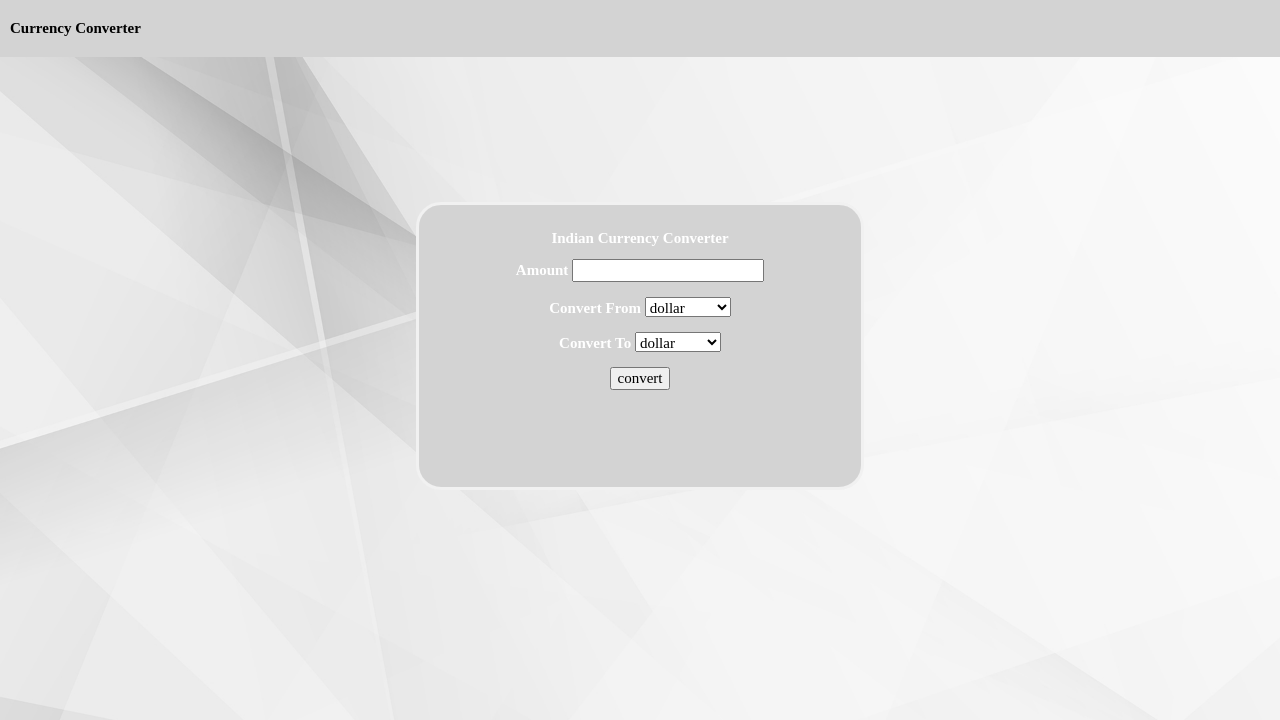
Repository: saitejamada/SpringBoot2
Page: http://localhost/Homepage
These files come from the project's save history. The page is drawn as it stood at one moment and after the next save; the edit follows.
The browser window is 1280 px wide. The pictures show the whole page.
The page is this project's Thymeleaf template; nobody is signed in. The template is opened directly, without the code that normally fills it, so the values that code supplies are empty.

Above is the page before, as saved 2022-05-19 11:53:07.

### CurrencyConverter/src/main/resources/templates/Homepage.html
<!DOCTYPE html>
<html lang="en" xmlns:th="https://www.thymeleaf.org">
<head>
<meta charset="ISO-8859-1">
<title>Insert title here</title>
<style>
#super{display:flex;background-color: lightgrey}
#super div{margin:10px}
body{background:url("../img/bg.jpg"); background-repeat:no-repeat;background-position:inherit;background-size:cover; margin:0px;padding:0px}
*{font-size:15px;font-family: cursive; box-sizing: border-box;text-decoration: none}
.bg-text {
color:rgb(255, 255, 255);
font-weight: bold;
border: 3px solid #f1f1f1;
border-radius:25px;
position: absolute;
top: 48%;
left: 50%;
transform: translate(-50%, -50%);
z-index: 2;
height:40%;
width: 35%;
padding: 10px;
text-align: center;
background-color:lightgrey;
}
.bg-text div {margin:15px;}

</style>
</head>
<body>

<div id="super">
<div>
<h1>Currency Converter</h1>
</div>
</div>
<div class="bg-text">

	<form action="#" th:action="@{/convert}" th:object="${user}" >
	 <div class="mb-3">
	<h2>Indian Currency Converter</h2>
    <label for="currency1" class="form-label">Amount</label>
    <input type="number" th:field="*{currency1}" class="form-control" id="exampleInputEmail1" aria-describedby="emailHelp">
    <div class="mb-3">
    <label class="form-label">Convert From</label>
   <select th:field="*{from}">
   <option th:value="dollar" th:text="dollar"></option>
   <option th:value="dollar" th:text="dollar"></option>
   <option th:value="pound" th:text="pound"></option>
   <option th:value="rubel" th:text="rubel"></option>
    <option th:value="newshekel" th:text="newshekel"></option>
   <option th:value=" swissfranc" th:text="swissfranc"></option>
   <option th:value="rupee" th:text="rupee"></option>
   </select>
  </div>
    <div class="mb-3">
    <label class="form-label">Convert To</label>
   <select th:field="*{currencyname}">
   <option th:value="dollar" th:text="dollar"></option>
   <option th:value="pound" th:text="pound"></option>
   <option th:value="rubel" th:text="rubel"></option>
    <option th:value="newshekel" th:text="newshekel"></option>
   <option th:value=" swissfranc" th:text="swissfranc"></option>
    <option th:value="rupee" th:text="rupee"></option>
   </select>
  </div>
  <button type="submit" class="btn btn-primary">convert</button>
  </div>
</form>
<p th:text="${result}"></p>
</div>

</body>
</html>

After the next save:
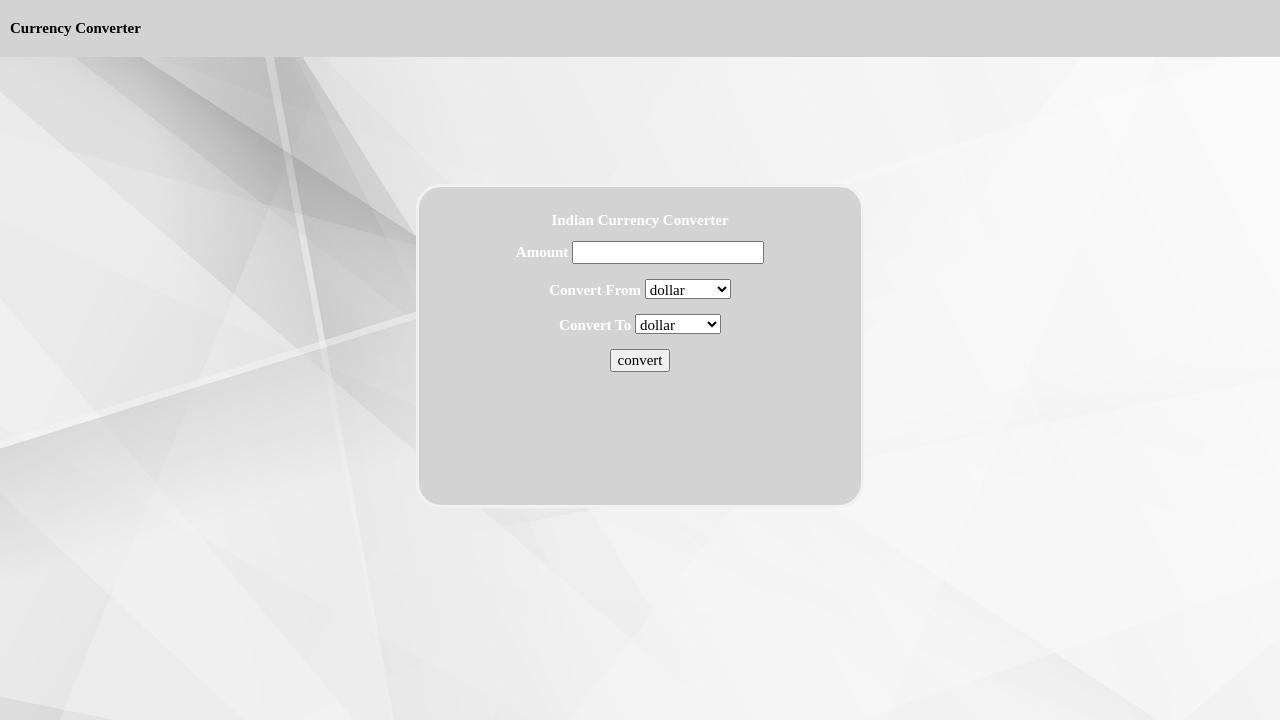
Saved 31 s later.
--- a/CurrencyConverter/src/main/resources/templates/Homepage.html
+++ b/CurrencyConverter/src/main/resources/templates/Homepage.html
@@ -18,7 +18,7 @@ top: 48%;
 left: 50%;
 transform: translate(-50%, -50%);
 z-index: 2;
-height:40%;
+height:45%;
 width: 35%;
 padding: 10px;
 text-align: center;
